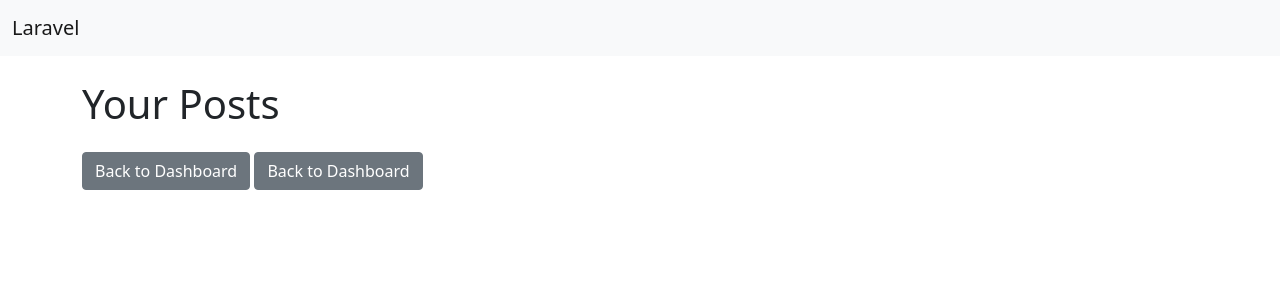
Repository: Abdulahi338/Authentication-using-laravel-11
Page: http://localhost/posts
An editor plug-in stored every save of this project. The page is shown before and after the next save, followed by the edit.
The browser window is 1280 px wide. The pictures show the whole page.
The page is served by the project's Laravel application, run on PHP 8.4 with Laravel 12. A made-up administrator, Test User (test@example.com), is signed in. Queries for data that is not in the repository find no rows.

Above is the page before, as saved 2024-10-16 13:53:43.

After the next save:
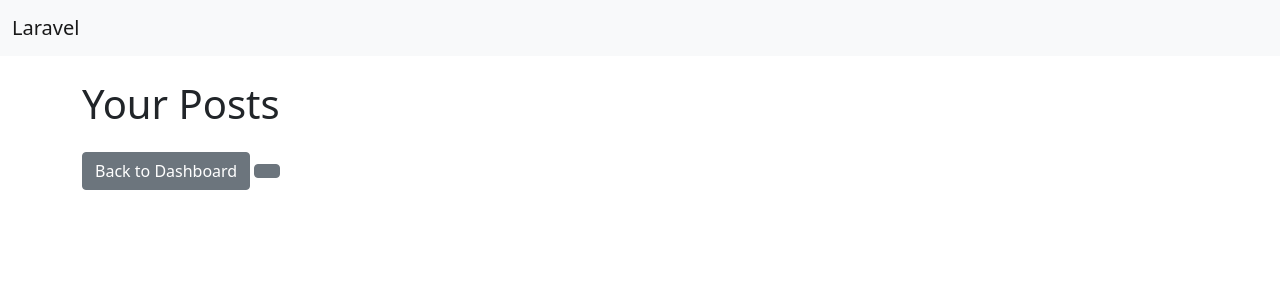
Saved 21 s later.
--- a/resources/views/posts/index.blade.php
+++ b/resources/views/posts/index.blade.php
@@ -23,7 +23,7 @@
 
         <div class="mt-4">
             <a class="btn btn-secondary" href="{{ route('dashboard') }}">Back to Dashboard</a>
-            <a class="btn btn-secondary" href="{{ route('dashboard') }}">Back to Dashboard</a>
+            <a class="btn btn-secondary" href="{{ route('dashboard') }}"></a>
         </div>
     </div>
 @endsection
